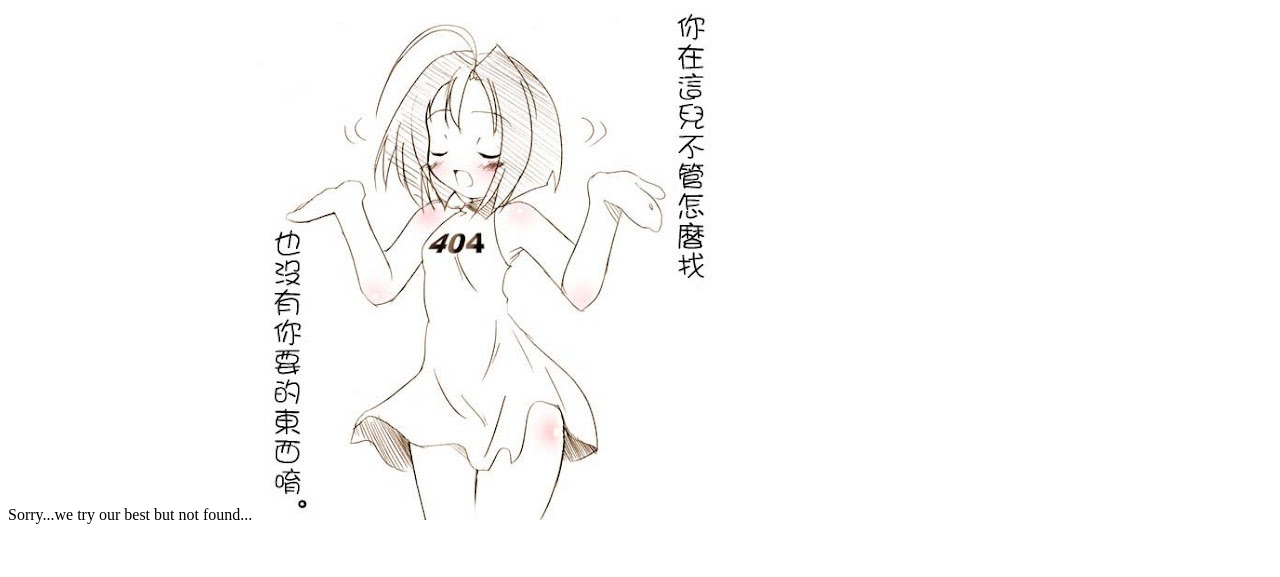
Repository: Freshield/GAEJSP
Page: http://localhost/Chp9.1/notFound.jsp
An editor plug-in stored every save of this project. The page is shown before and after the next save, followed by the edit.
The browser window is 1280 px wide. The pictures show the whole page.
The page is served by Tomcat 9. Other server files are loaded and not shown.

Above is the page before, as saved 2016-03-30 21:25:20.

### real-headfirst/Chp9.1/WebContent/notFound.jsp
<%@ page language="java" contentType="text/html; charset=ISO-8859-1"
    pageEncoding="ISO-8859-1"%>
<!DOCTYPE html PUBLIC "-//W3C//DTD HTML 4.01 Transitional//EN" "http://www.w3.org/TR/html4/loose.dtd">
<html>
<head>
<meta http-equiv="Content-Type" content="text/html; charset=ISO-8859-1">
<title>Insert title here</title>
</head>
<body>
Sorry...we try our best but not found...
<img alt="not found girl" src="images/404.jpg">

</body>
</html>

After the next save:
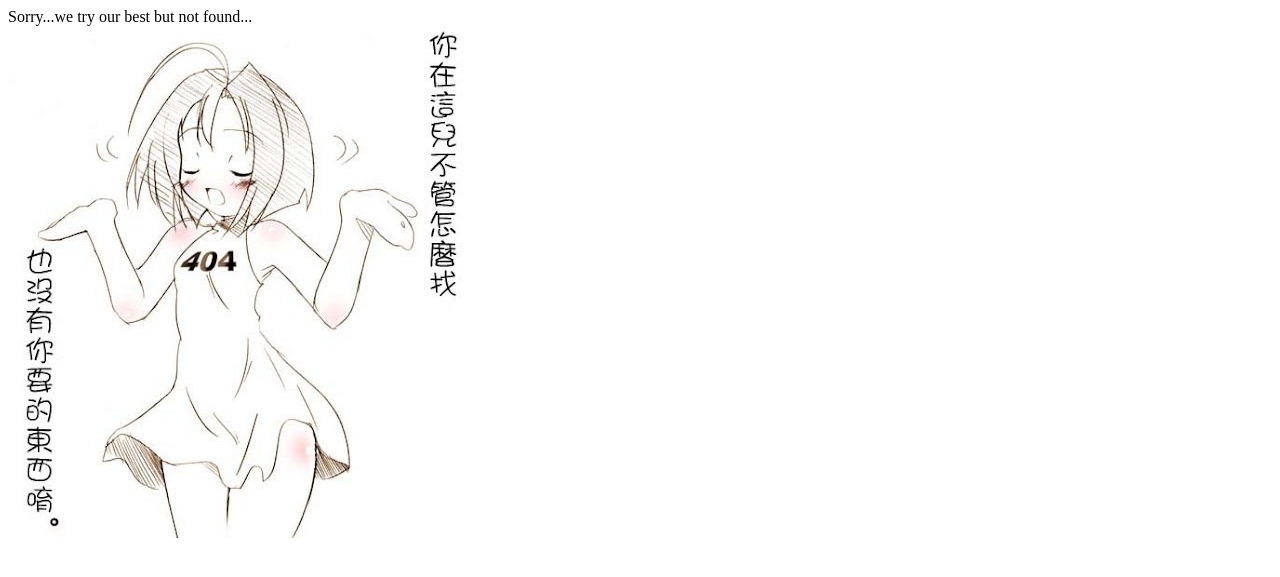
Saved 28 s later.
--- a/real-headfirst/Chp9.1/WebContent/notFound.jsp
+++ b/real-headfirst/Chp9.1/WebContent/notFound.jsp
@@ -7,7 +7,7 @@
 <title>Insert title here</title>
 </head>
 <body>
-Sorry...we try our best but not found...
+Sorry...we try our best but not found...<br>
 <img alt="not found girl" src="images/404.jpg">
 
 </body>
